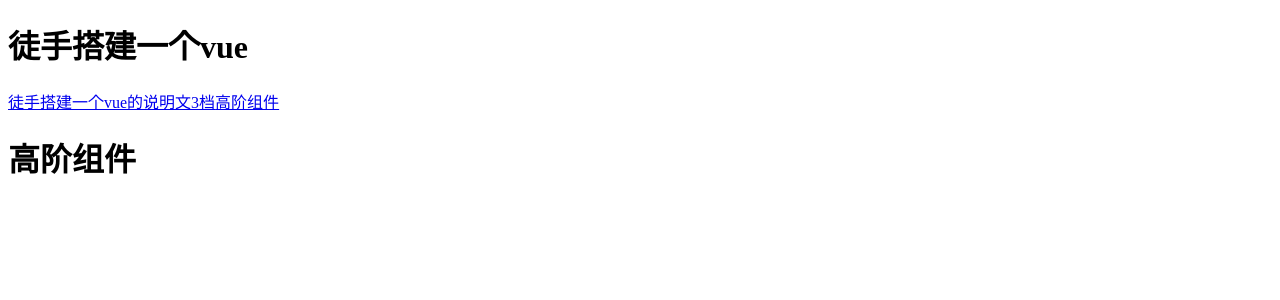
Repository: yuWhy/vue-build-cli
Page: /#/hightOrderComponents
These files come from the project's save history. The page is drawn as it stood at one moment and after the next save; the edit follows.
The browser window is 1280 px wide. The pictures show the whole page.
The project was rebuilt for these pictures with package versions that can differ from the ones it lists, and the page was loaded fresh each time. Also part of the build but not shown: webpack.config.js, src/router/index.js.

Above is the page before, as saved 2021-02-22 09:31:01.

### index.html
<!DOCTYPE html>
<html lang="en">

<head>
  <meta charset="utf-8">
  <meta http-equiv="X-UA-Compatible" content="IE=edge">
  <meta name="viewport" content="width=device-width,initial-scale=1.0">
</head>

<body>
  <div id="app"></div>
</body>

</html>

### src/main.js
import Vue from 'vue'
import App from "./App.vue"
import router from './router/index.js'

new Vue({
  el: '#app',
  router,
  render: h => h(App)
})

### src/App.vue
<template>
  <div id="app">
    <h1>{{msg}}</h1>
    <router-link to="vueBuild">徒手搭建一个vue的说明文3档</router-link>
    <router-link to="hightOrderComponents">高阶组件</router-link>
    <router-view></router-view>
  </div>
</template>

<script>
export default {
  name: 'App',
  data() {
    return {
      msg: '徒手搭建一个vue'
    }
  }
}
</script>

### src/pages/HightOrderComponents/index.vue
<template>
  <div>
    <h1>高阶组件</h1>
  </div>
</template>

<script>
import baseComp from './components/baseComp.vue'
export default {
  name: 'hightOrderComponents',
  components: { baseComp },
}
</script>

### src/pages/HightOrderComponents/components/baseComp.vue
<template>
  <div>
    <button @click="$emit('handle-click')">点击事件</button><br>
  </div>
</template>

After the next save:
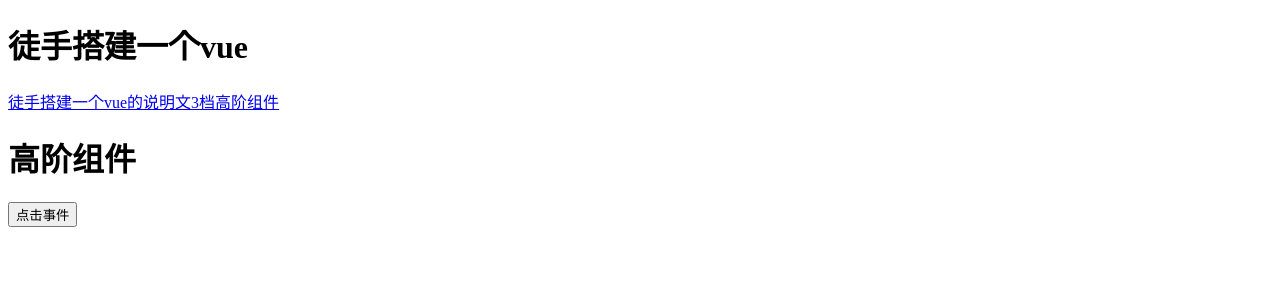
Saved 6 s later.
--- a/src/pages/HightOrderComponents/index.vue
+++ b/src/pages/HightOrderComponents/index.vue
@@ -1,6 +1,7 @@
 <template>
   <div>
     <h1>高阶组件</h1>
+    <baseComp></baseComp>
   </div>
 </template>
 
